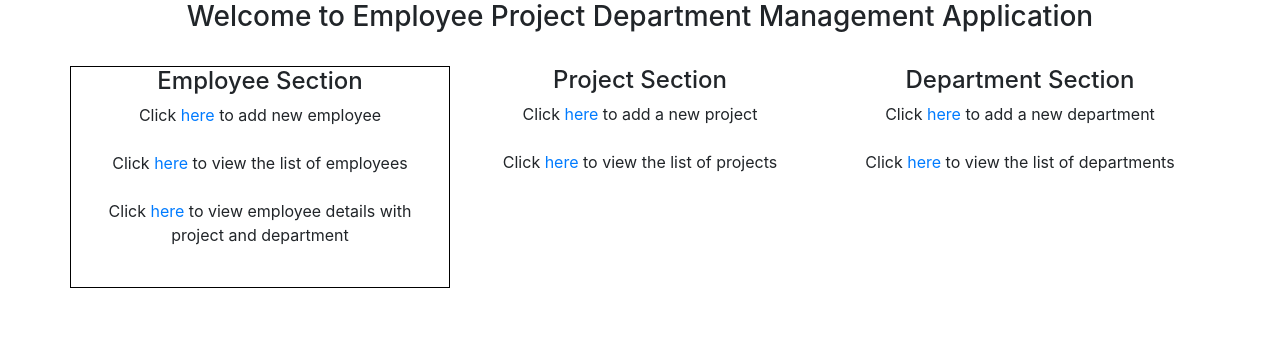
Repository: ArmanAli-cmd/EmployeeProjectDepartmentApplication
Page: http://localhost/EmployeeProjectDepartmentMVCApplication/views/index.jsp
The author's editor kept a copy of each file at every save. The page is drawn from the files as they stood at one save, then again after the next save.
The browser window is 1280 px wide. The pictures show the whole page.
The page is served by Tomcat 9. Other server files are loaded and not shown. The template is opened directly, without the code that normally fills it, so the values that code supplies are empty.

Above is the page before, as saved 2024-01-18 06:05:00.

### EmployeeProjectDepartmentMVCApplication/src/main/webapp/views/index.jsp
<%@ page language="java" contentType="text/html; charset=US-ASCII"
	pageEncoding="US-ASCII"%>
<!DOCTYPE html PUBLIC "-//W3C//DTD HTML 4.01 Transitional//EN" "https://www.w3.org/TR/html4/loose.dtd">
<html>
<head>
<meta charset="ISO-8859-1">
<meta name="viewport" content="width=device-width, initial-scale=1">
<link rel="stylesheet"
	href="https://cdn.jsdelivr.net/npm/bootstrap@4.6.2/dist/css/bootstrap.min.css">
<script
	src="https://cdn.jsdelivr.net/npm/jquery@3.7.1/dist/jquery.slim.min.js"></script>
<script
	src="https://cdn.jsdelivr.net/npm/popper.js@1.16.1/dist/umd/popper.min.js"></script>
<script
	src="https://cdn.jsdelivr.net/npm/bootstrap@4.6.2/dist/js/bootstrap.bundle.min.js"></script>
</head>
<%@ page import="java.util.Date"%>
<body style="text-align: center;">
	<%
	String message = (String) request.getAttribute("msz");
	if (message != null) {
	%>
	<script>
			var userResponse = confirm("<%=message%>");
	</script>
	<%
	request.removeAttribute("msz");
	}
	%>
	<div class="container">


		<h3>Welcome to Employee Project Department Management Application</h3>
		<br>
		<div class="row">
			<div class="col-sm-4" style="border: 1px solid black;">
				<h4>Employee Section</h4>
				<p>
					Click <a href="/views/employee-signup.jsp">here</a> to add new employee
					<br> <br>
					 Click <a href="/employees">here</a> to
					view the list of employees
					<br> <br>
					Click <a
						href="/employees-signup.jsp">here</a> to view employee details
					with project and department<br> <br>
				</p>
			</div>
			<div class="col-sm-4">
				<h4>Project Section</h4>
				<p>
					Click <a href="/views/project-signup.jsp">here</a> to add a new
					project <br> <br> Click <a href="/projects">here</a> to
					view the list of projects
				</p>
			</div>
			<div class="col-sm-4">
				<h4>Department Section</h4>
				<p>
					Click <a href="/views/department-signup.jsp">here</a> to add a new
					department <br>
					<br> Click <a href="/departments">here</a> to view the list of
					departments<br>
				</p>
			</div>
		</div>
	</div>
</body>
</html>

After the next save:
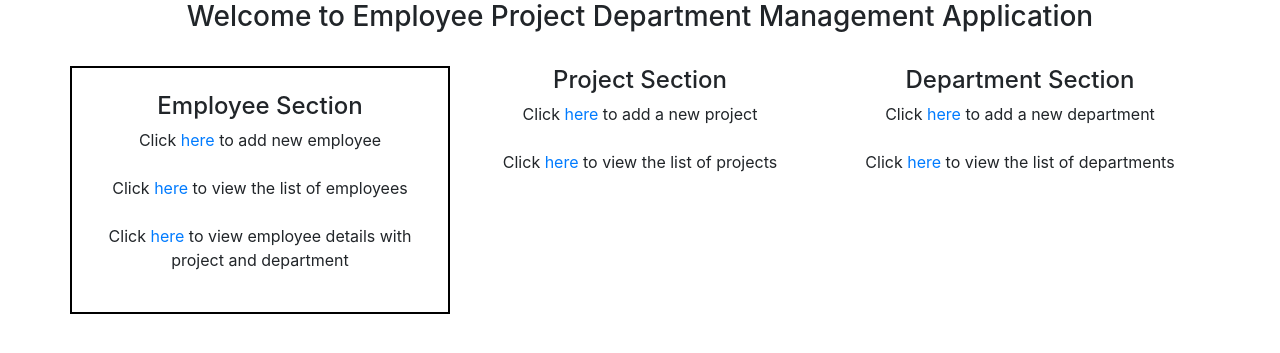
Saved 43 s later.
--- a/EmployeeProjectDepartmentMVCApplication/src/main/webapp/views/index.jsp
+++ b/EmployeeProjectDepartmentMVCApplication/src/main/webapp/views/index.jsp
@@ -33,7 +33,8 @@
 		<h3>Welcome to Employee Project Department Management Application</h3>
 		<br>
 		<div class="row">
-			<div class="col-sm-4" style="border: 1px solid black;">
+			<div class="col-sm-4" style="border: 2px solid black;">
+			<br>
 				<h4>Employee Section</h4>
 				<p>
 					Click <a href="/views/employee-signup.jsp">here</a> to add new employee
